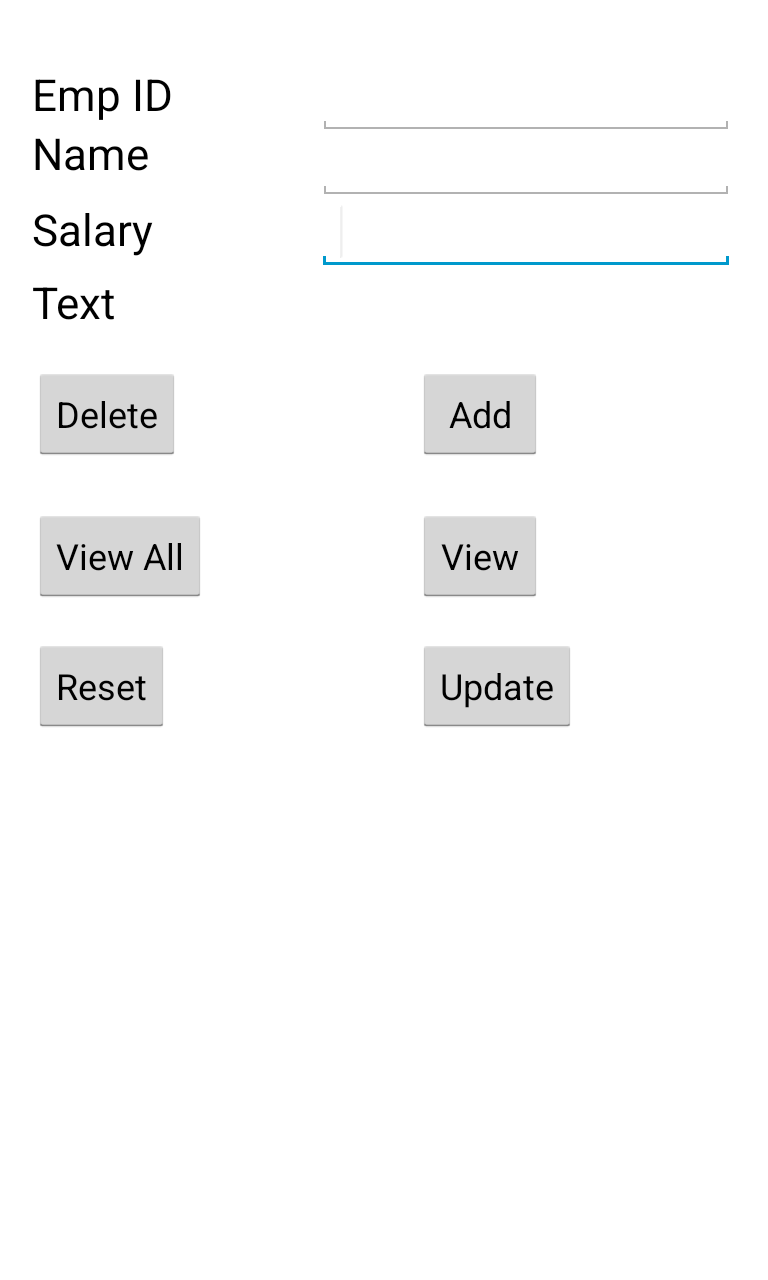
Repository: vinothknr1/aamec-mad-lab
Layout: Ex-4-Database-App/res/layout/activity_main.xml
An editor plug-in stored every save of this project. The layout is shown before and after the next save, followed by the edit.
It is drawn on a 768 x 1280 px phone screen (xhdpi) without system bars, with theme AppTheme; the app's code is not run.

Above is the layout before, as saved 2022-04-26 09:28:10.

After the next save:
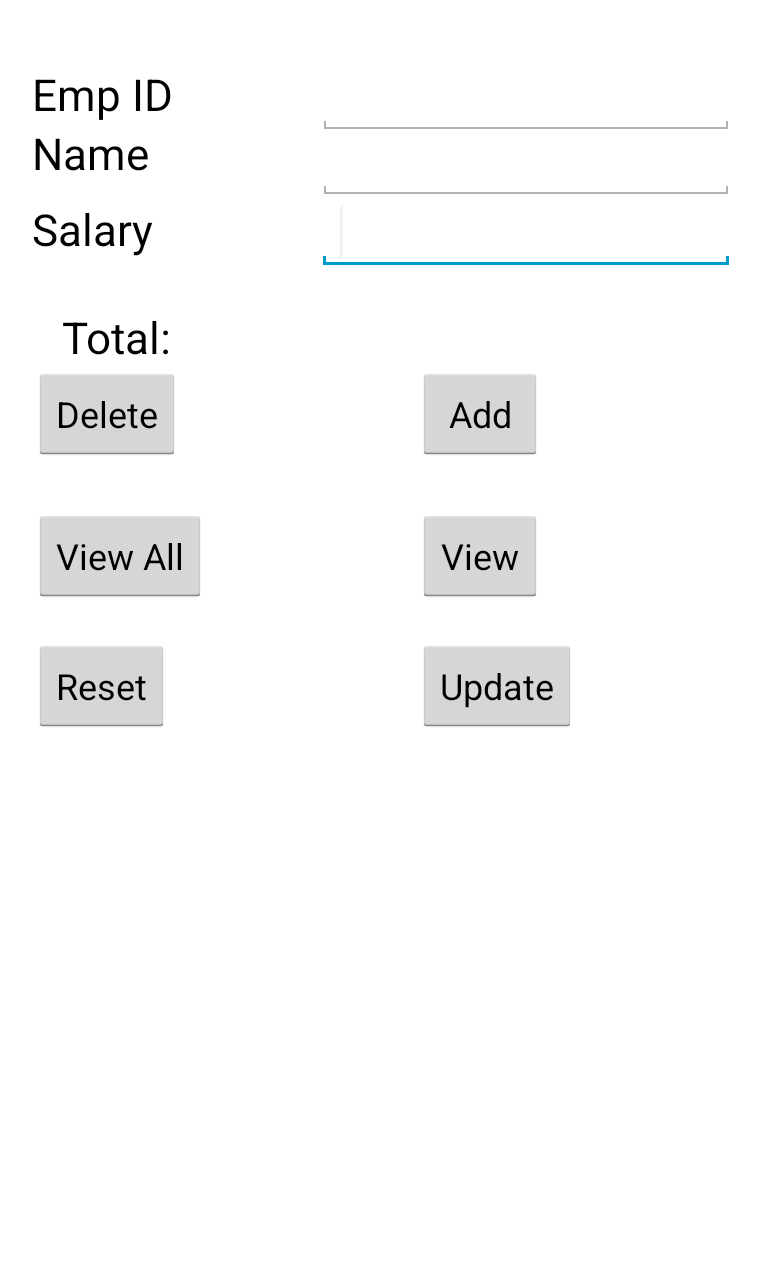
Saved 81 s later.
--- a/Ex-4-Database-App/res/layout/activity_main.xml
+++ b/Ex-4-Database-App/res/layout/activity_main.xml
@@ -127,9 +127,9 @@
         android:id="@+id/textView4"
         android:layout_width="wrap_content"
         android:layout_height="wrap_content"
-        android:layout_alignLeft="@+id/button2"
-        android:layout_below="@+id/editTex3"
-        android:text="Text"
+        android:layout_above="@+id/button2"
+        android:layout_alignRight="@+id/button6"
+        android:text="Total:"
         android:textAppearance="?android:attr/textAppearanceLarge" />
 
 </RelativeLayout>
